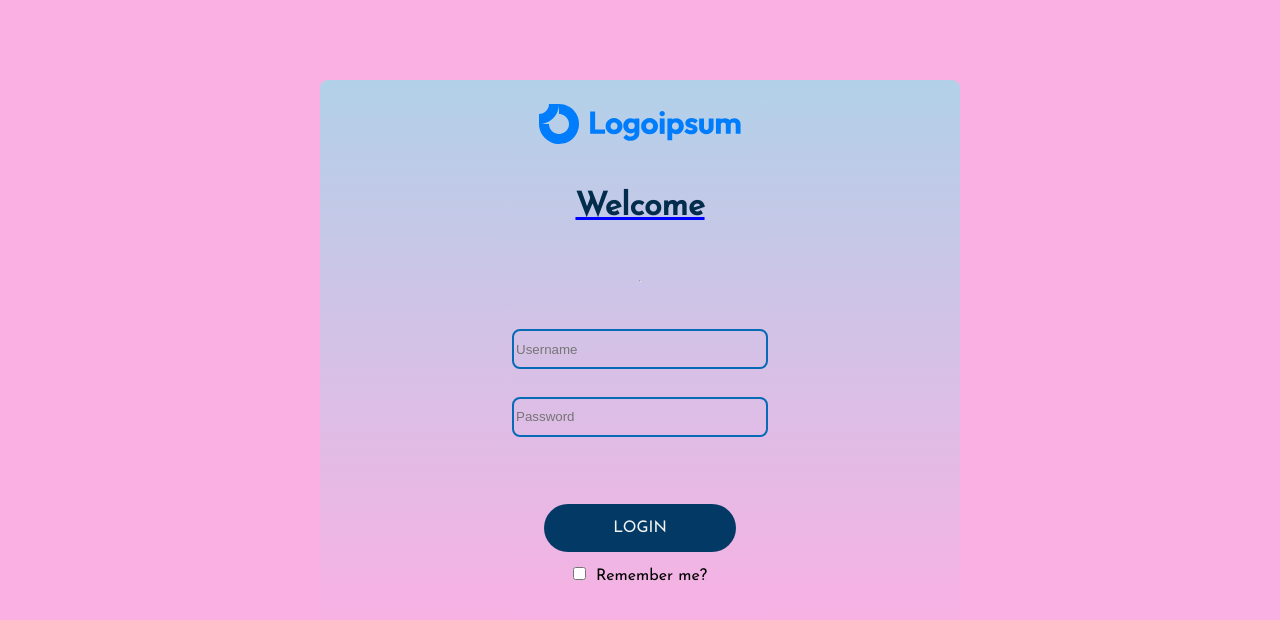
Repository: Tahaa2t/Researchers
Page: /
An editor plug-in stored every save of this project. The page is shown before and after the next save, followed by the edit.
The browser window is 1280 px wide. The pictures show the whole page.
The project was rebuilt for these pictures with package versions that can differ from the ones it lists, and the page was loaded fresh each time.

Above is the page before, as saved 2023-06-22 20:06:23.

After the next save:
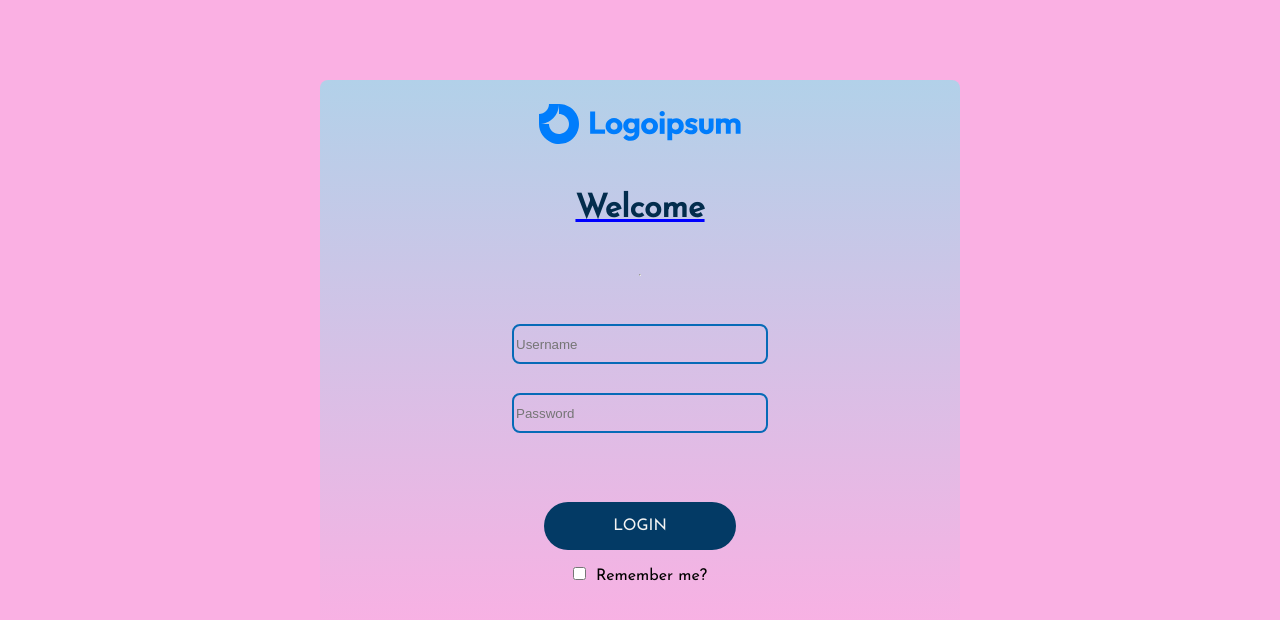
Saved 9 s later.
--- a/src/Components/css/loginstyle.css
+++ b/src/Components/css/loginstyle.css
@@ -82,7 +82,7 @@ input[type=password]{
 .line{
   text-decoration: underline;
   color: blue;
-  padding-bottom: 10px;
+  /* padding-bottom: 1px; */
 }
 
 .login-btn {
